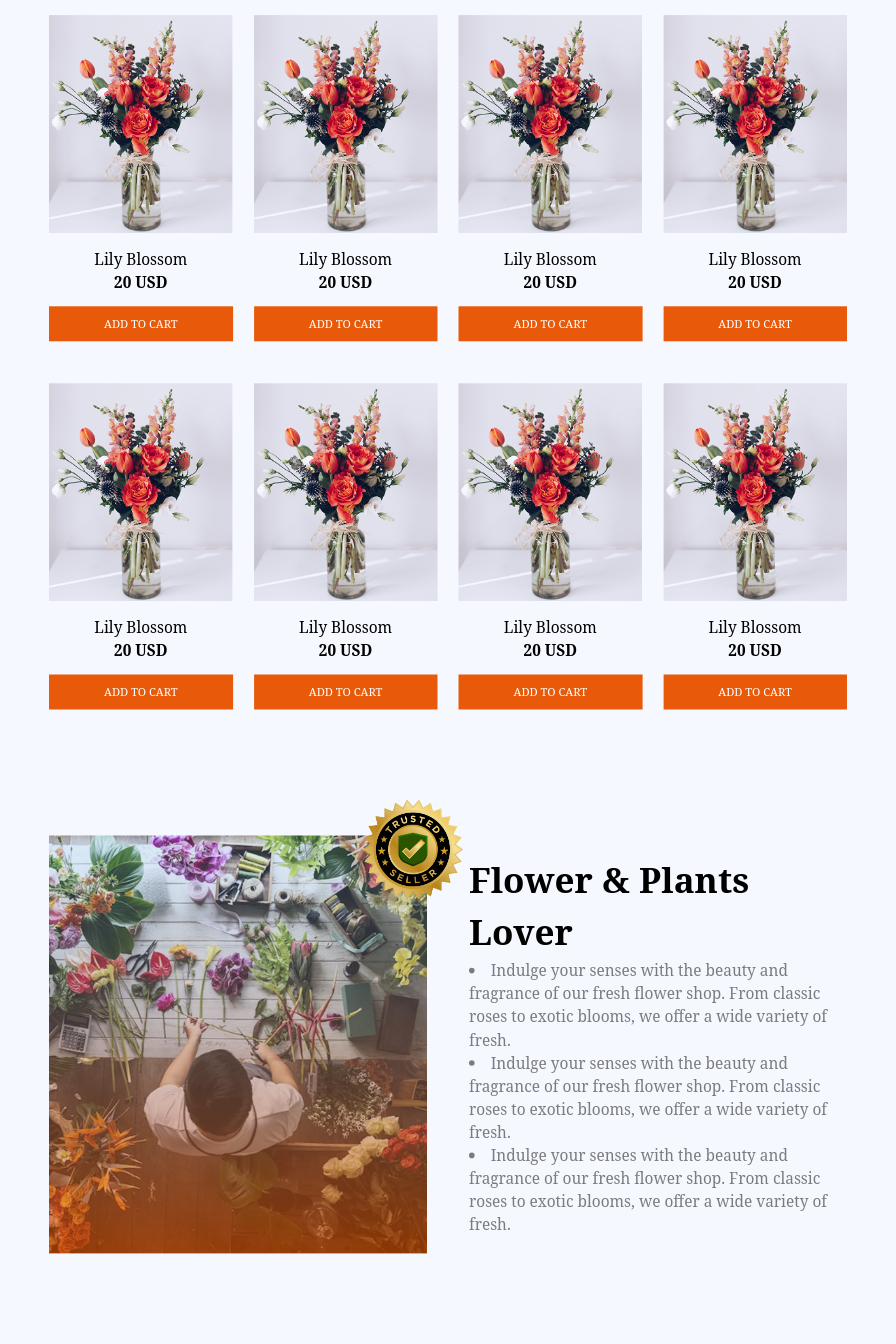
Repository: nahid-hasann/website-7
Page: index.html
An editor plug-in stored every save of this project. The page is shown before and after the next save, followed by the edit.
The browser window is 1280 px wide. The pictures show the part of the page from y = 1012 to 2932 px (the page is 2932 px tall), at 70% of full size.
Some web libraries are served in a nearby version.

Above is the page before, as saved 2025-07-24 13:29:07.

### index.html
<!DOCTYPE html>
<html lang="en">
<head>
    <meta charset="UTF-8">
    <meta name="viewport" content="width=device-width, initial-scale=1.0">
     <script src="https://cdn.jsdelivr.net/npm/@tailwindcss/browser@4"></script>
    <title> website-7 </title>
    <link rel="stylesheet" href="style.css">
    <link rel="stylesheet" href="https://cdnjs.cloudflare.com/ajax/libs/font-awesome/7.0.0/css/all.min.css" integrity="sha512-DxV+EoADOkOygM4IR9yXP8Sb2qwgidEmeqAEmDKIOfPRQZOWbXCzLC6vjbZyy0vPisbH2SyW27+ddLVCN+OMzQ==" crossorigin="anonymous" referrerpolicy="no-referrer" />
   <link rel="preconnect" href="https://fonts.googleapis.com">
<link rel="preconnect" href="https://fonts.gstatic.com" crossorigin>
<link href="https://fonts.googleapis.com/css2?family=Noto+Serif:ital,wght@0,100..900;1,100..900&display=swap" rel="stylesheet">
</head>
<body class="noto-serif-nahid">


    <header>
        <nav>
            <div class="nav-logo">
                <img src="assets/logo.png" alt="">
            </div>
            <div class="nav-menu">
                <ul>
                    <li class="ul-li" style="color: black; font-weight: bold;">Home</li>
                    <li class="ul-li" >Shop</li>
                    <li class="ul-li" >About us</li>
                    <li class="last-li" style="color: black;"><i class="fa-solid fa-cart-shopping"></i>Cart ($56)</li>
                </ul>
            </div>
        </nav>
    </header>

    <main>

        <section class="banner">
            <div class="banner-section">
                <div class="banner-description">
                    <h1>ALWAYS <span style="color: #e85a0a;">FRESH <br> FLOWERS</span></h1>
                    <p>Indulge your senses with the beauty and fragrance of our fresh flower shop. From classic roses to exotic blooms, we offer a wide variety of fresh flowers that are perfect for any occasion.  </p>
                </div>
                <div class="banner-img">
                    <img src="assets/hero-flower.png" alt="">
                </div>
            </div>
        </section>

        <section class="plants-section">
             <h1> <span style="color: #e85a0a;">Our</span> Plants</h1>
             <p>Indulge your senses with the beauty and fragrance of our fresh flower shop. From classic roses to exotic blooms, we offer a wide variety of fresh.</p>
             <div class="plants-card">
                <div class="card">
                    <img src="assets/sample-flower-image.png" alt="">
                    <h4>Lily Blossom</h4>
                    <h2>20 USD</h2>
                    <button class="btn">ADD TO CART</button>
                </div>
                 <div class="card">
                    <img src="assets/sample-flower-image.png" alt="">
                    <h4>Lily Blossom</h4>
                    <h2>20 USD</h2>
                    <button class="btn">ADD TO CART</button>
                </div>
                 <div class="card">
                    <img src="assets/sample-flower-image.png" alt="">
                    <h4>Lily Blossom</h4>
                    <h2>20 USD</h2>
                    <button class="btn">ADD TO CART</button>
                </div>
                 <div class="card">
                    <img src="assets/sample-flower-image.png" alt="">
                    <h4>Lily Blossom</h4>
                    <h2>20 USD</h2>
                    <button class="btn">ADD TO CART</button>
                </div>
                 <div class="card">
                    <img src="assets/sample-flower-image.png" alt="">
                    <h4>Lily Blossom</h4>
                    <h2>20 USD</h2>
                    <button class="btn">ADD TO CART</button>
                </div>
                 <div class="card">
                    <img src="assets/sample-flower-image.png" alt="">
                    <h4>Lily Blossom</h4>
                    <h2>20 USD</h2>
                    <button class="btn">ADD TO CART</button>
                </div>
                 <div class="card">
                    <img src="assets/sample-flower-image.png" alt="">
                    <h4>Lily Blossom</h4>
                    <h2>20 USD</h2>
                    <button class="btn">ADD TO CART</button>
                </div>
                 <div class="card">
                    <img src="assets/sample-flower-image.png" alt="">
                    <h4>Lily Blossom</h4>
                    <h2>20 USD</h2>
                    <button class="btn">ADD TO CART</button>
                </div>
             </div>
        </section>

        <section class="plants-lover-section">
            <div class="plants-lover-div">
                <div class="plants-lover-img">
                <img src="assets/flower-store.png" alt="">
                <div class="badge">
                    <img class="badge-img" src="assets/trusted-badge.png" alt="">
                </div>
            </div>
            <div class="plants-lover-content">
                <h1>Flower & Plants Lover</h1>
                <or>
                    <li>Indulge your senses with the beauty and fragrance of our fresh flower shop. From classic roses to exotic blooms, we offer a wide variety of fresh.</li>
                    <li>Indulge your senses with the beauty and fragrance of our fresh flower shop. From classic roses to exotic blooms, we offer a wide variety of fresh.</li>
                    <li>Indulge your senses with the beauty and fragrance of our fresh flower shop. From classic roses to exotic blooms, we offer a wide variety of fresh.</li>
                </or>
            </div>
            </div>
        </section>

    </main>




</body>
</html>

### style.css


*{
    margin: 0;
    padding: 0;
    box-sizing: border-box;
}


.noto-serif-nahid {
  font-family: "Noto Serif", serif;
  font-optical-sizing: auto;
  font-style: normal;
  font-variation-settings:
    "wdth" 100;
}

body{
    background-color: #f5f8ff;
}



/* header suru  */

header{
   margin: 20px auto;
   max-width: 1140px;
}

nav{
    display: flex;
    justify-content: space-between;
    align-items: center;
}

.nav-logo img{
    width: 100%;
}

.nav-menu ul{
     display: flex;
     gap: 30px;
     align-items: center;
     justify-content: center;
     margin: auto 0;
}

.nav-menu ul li{
    color: rgba(137, 135, 161, 1);
    font-weight: 400;
}


/* header sesh  */

/* banner-section  */

.banner{
    margin: 230px auto 130px auto;
    max-width: 1140px;

}

.banner-section{
     display: flex;
     align-items: end;
     justify-content: center;
}

.banner-description h1{
    font-size: 65px;
    font-weight: 800;

}

.banner-description p{
    font-size: 22px;
    color: #7b7c80;
}

.banner-img img{
    max-width: 570px;
}

/* banner-section  */

/* plants-section suru */

.plants-section{
    width: 1140px;
    margin: 130px auto;
}

.plants-section h1{
    text-align: center;
    font-size: 50px;
    margin-bottom: 14px;
    font-weight: 700;
}

.plants-card{
    display: grid;
    grid-template-columns: 1fr 1fr 1fr 1fr;
    gap: 30px;
    row-gap: 60px;
    margin-top: 60px;
}

.plants-section p{
    font-size: 22px;
    color: #7b7c80;
    text-align: center;
}

.card {
    display: flex;
    flex-direction: column;
    align-items: center;
    justify-content: center;
}

.card h4{
    font-size: 22px;
    font-weight: 300;
    margin-top: 18px;
}

.card h2{
    font-size: 22px;
    font-weight: 700;
    margin-bottom: 18px;
}

.btn{
    background-color: #e85a0a;
    width: 100%;
    padding: 13px 0;
    color: white;
}

/* plants-section sesh  */

/* plants-lover-section suru  */

.plants-lover-section{
    width: 1140px;
    margin: 180px auto 130px auto;
}



.plants-lover-div{
     display: grid;
     grid-template-columns: 1fr 1fr;
    align-items: center;
    justify-content: center;
    gap: 60px;
}

.plants-lover-img{
    position: relative;
}

.badge-img{
    position: absolute;
    top: -80px;
    right: -80px;
    width: 200px;
    z-index: 999;
     animation-name: zoominout;
    animation-timing-function: ease-in-out;
    animation-iteration-count: infinite;
    animation-duration: 4s;
}





.plants-lover-content h1{
     font-size: 50px;
     font-weight: 700;
}

.plants-lover-content or li{
    font-size: 22px;
    color: #7b7c80;
}

/* plants-lover-section sesh  */


/* media screen  */

@media screen and (max-width:575px) {
    header{
        width: 100%;
    }

nav{
    margin:0 30px;

}

.nav-logo img{
    width: 63px;
}
    .ul-li{
        display: none;
    }

    .banner{
        max-width: 575px;
        margin-top: 70px ;
        margin-bottom: 70px;
    }

    .banner-section{
        flex-direction: column-reverse;

    }

    .banner-description{
        margin-left: 30px;
    }

    .banner-description h1{
    font-size: 24px;
}

.banner-description p{
    font-size: 14px;
}

.banner-img img{
    max-width: 400px;
    margin-bottom: 80px;
}

.plants-section{
    width: 100% ;
    padding: 0 20px ;
    margin: 70px 0;

}

.plants-card{
    display: grid;
    grid-template-columns: 1fr 1fr;
    gap: 20px;
    row-gap: 40px;
}

.plants-section h1{
    font-size: 24px;
}
.plants-section p{
    font-size: 14px;
}

.card h4{
    font-size: 15px;
}

.card h2{
    font-size: 15px;
}

.btn{
    font-size: 15px;
}

.plants-lover-section{
    width: 100%;
    margin: 70px 0;
    padding: 0 20px;
}

.plants-lover-div{
    grid-template-columns: 1fr;
}

.badge-img{
    display: none;
}


.plants-lover-content h1{
    font-size: 24px;
    margin-top: -30px;
}

.plants-lover-content or li{
    font-size: 14px;
}

.plants-lover-content or li:nth-child(2){
    margin-top: 15px;
    margin-bottom: 15px;
}

.plants-lover-content or li:first-child{
    margin-top: 15px;
}

}

After the next save:
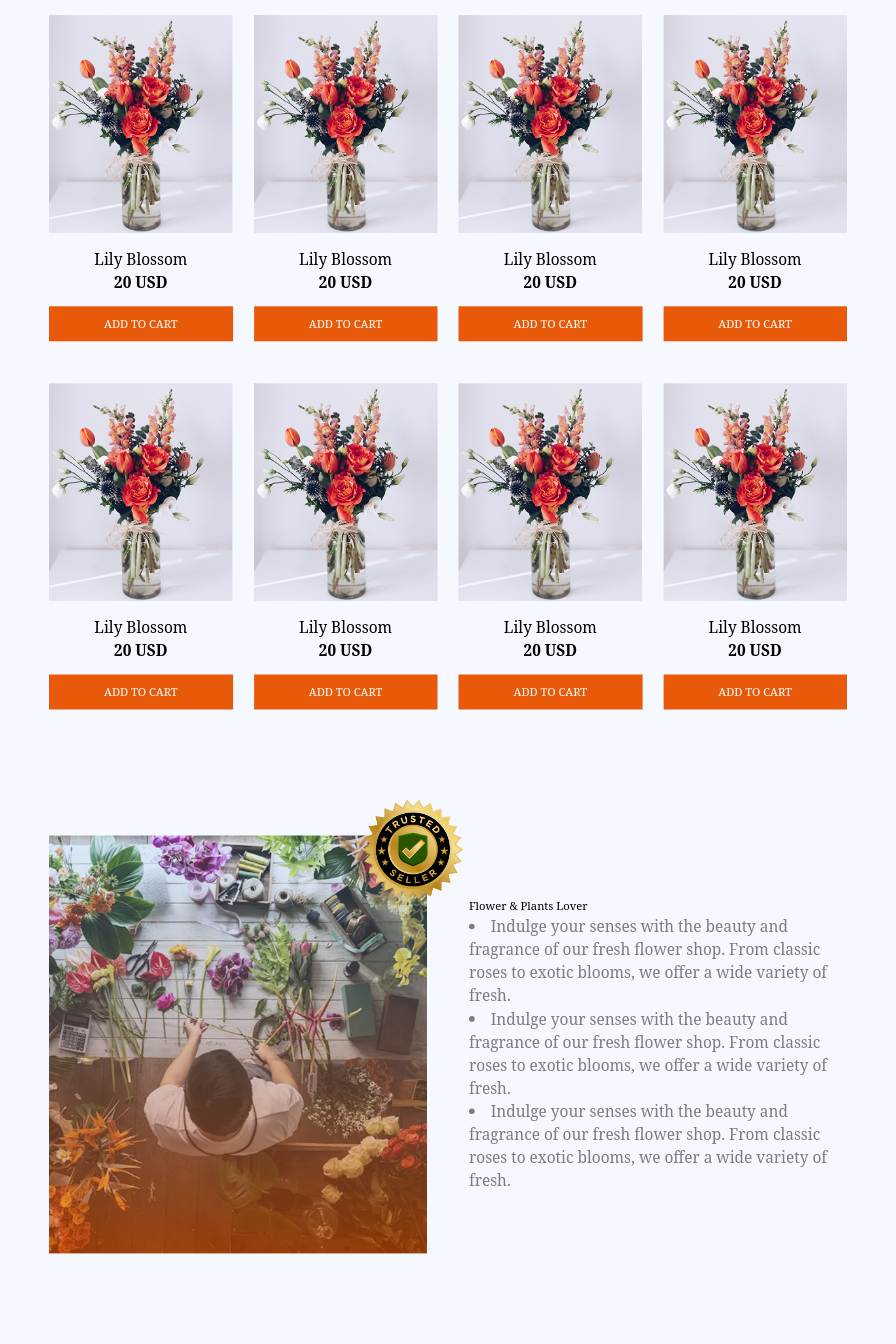
Saved 4 s later.
--- a/style.css
+++ b/style.css
@@ -174,7 +174,7 @@
     animation-duration: 4s;
 }
 
-
+@ke
 
 
 

After the 4 saves that followed:
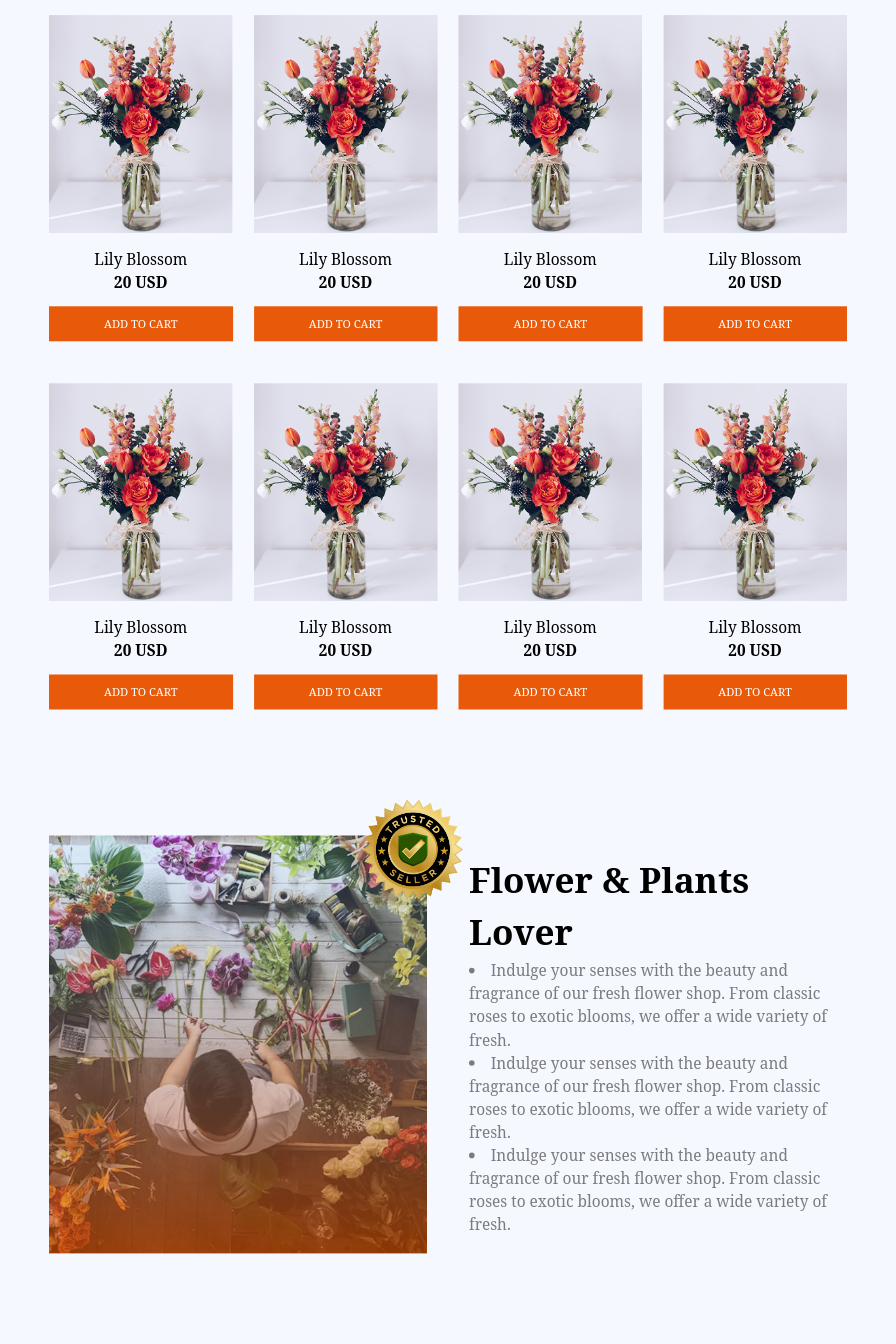
The 4 saves are shown as one change because 2 left the picture as it was and some came seconds apart.
The last was saved 25 s later.
--- a/style.css
+++ b/style.css
@@ -174,7 +174,9 @@
     animation-duration: 4s;
 }
 
-@ke
+@keyframes zoominout{
+
+}
 
 
 
